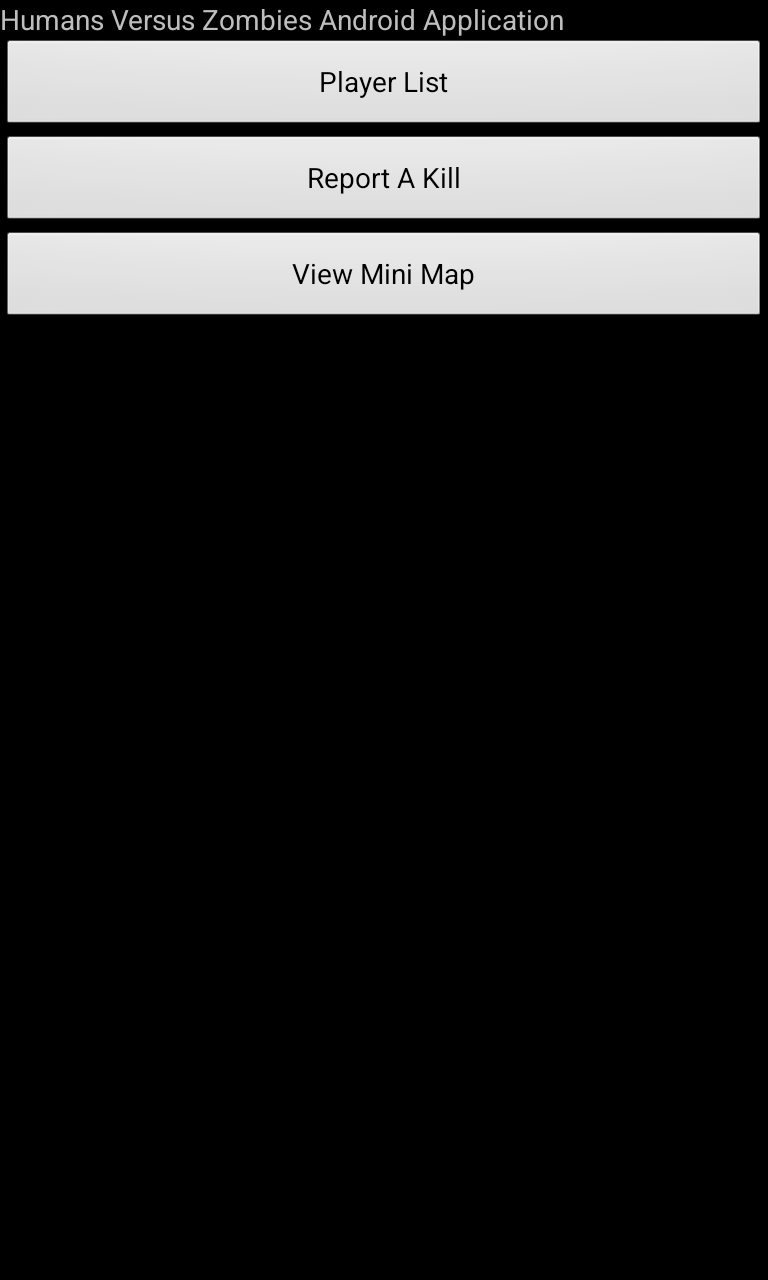
Repository: rolsen/HvZ
Layout: HvZ_phone/res/layout/main.xml
The author's editor kept a copy of each file at every save. The layout is drawn from the files as they stood at one save, then again after the next save.
It is drawn on a 768 x 1280 px phone screen (xhdpi) without system bars, with theme android:Theme; the app's code is not run.

Above is the layout before, as saved 2011-11-05 00:12:01.

After the next save:
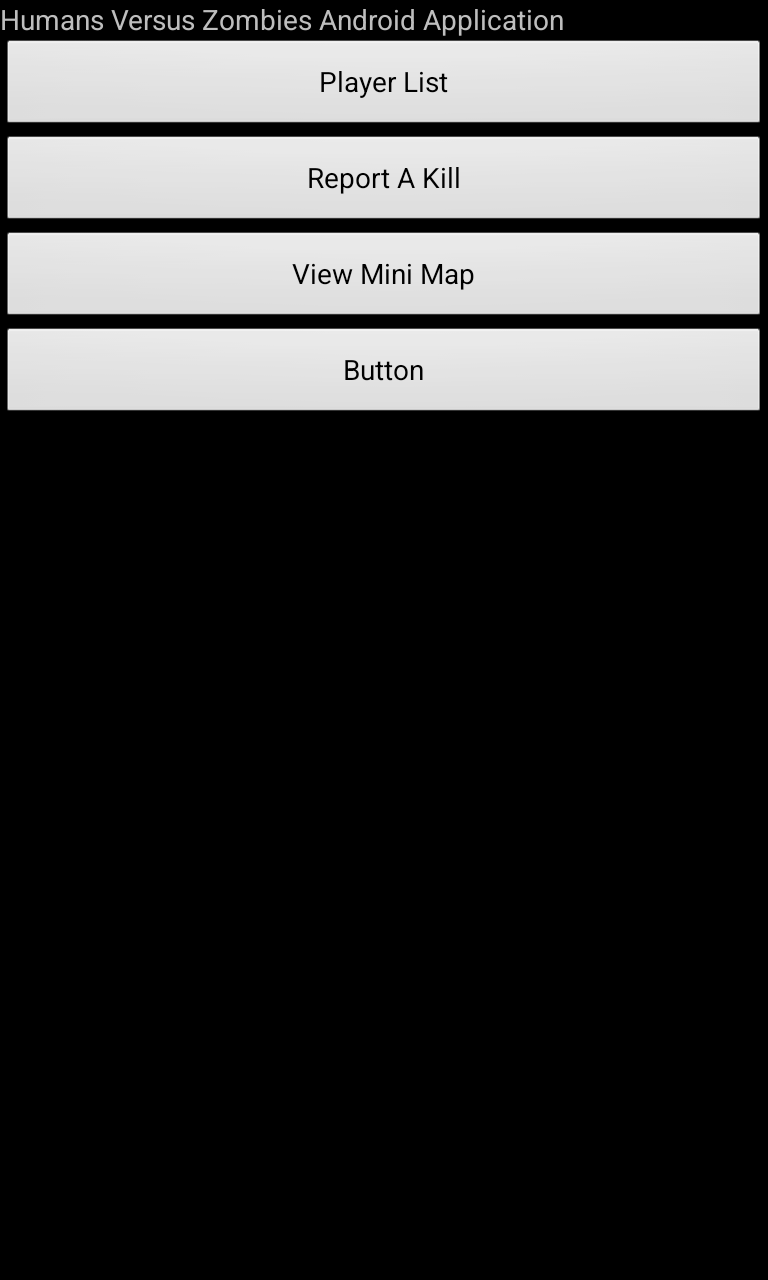
Saved 14 s later.
--- a/HvZ_phone/res/layout/main.xml
+++ b/HvZ_phone/res/layout/main.xml
@@ -35,4 +35,11 @@
         android:layout_height="wrap_content"
         android:text="View Mini Map" />
 
+
+    <Button
+        android:id="@+id/button4"
+        android:layout_width="match_parent"
+        android:layout_height="wrap_content"
+        android:text="Button" />
+
 </LinearLayout>
